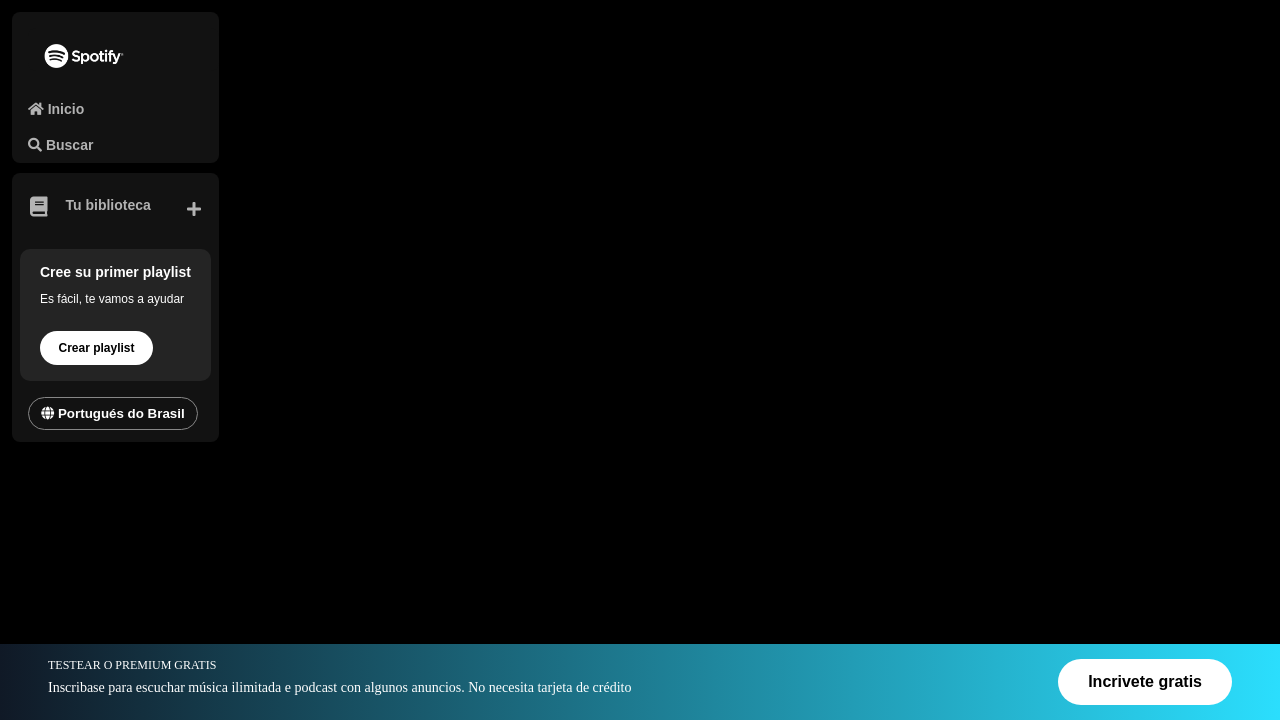
Repository: AnaFzCz/PROYECTO-SPOTIFY
Page: index.html
An editor plug-in stored every save of this project. The page is shown before and after the next save, followed by the edit.
The browser window is 1280 px wide. The pictures show the whole page.

Above is the page before, as saved 2025-01-28 23:19:20.

After the next save:
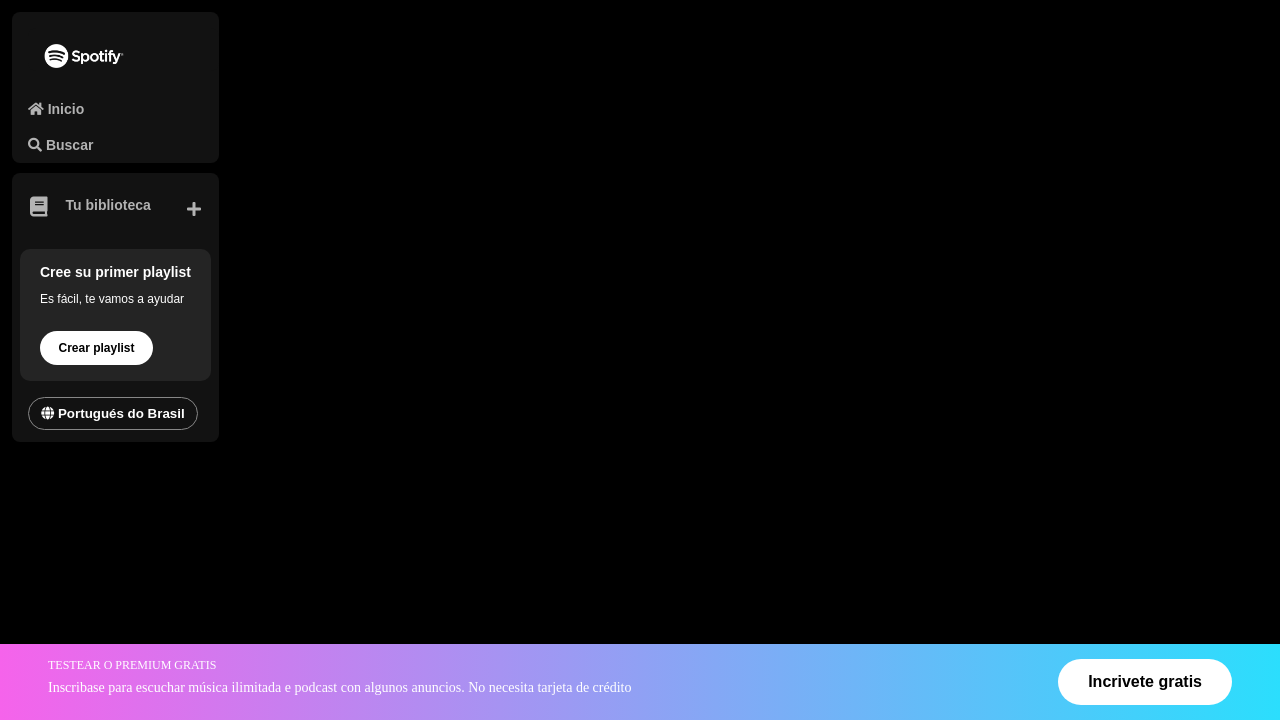
Saved 4 min 36 s later.
--- a/styles.css
+++ b/styles.css
@@ -177,7 +177,7 @@
     bottom: 0;
     left: 0;
     right: 0;
-    background: linear-gradient(to right, #101926, #2bdefd);
+    background: linear-gradient(to right, #F563EB, #2bdefd);
     padding: 15px 48px;
     display: flex;
     justify-content: space-between;
